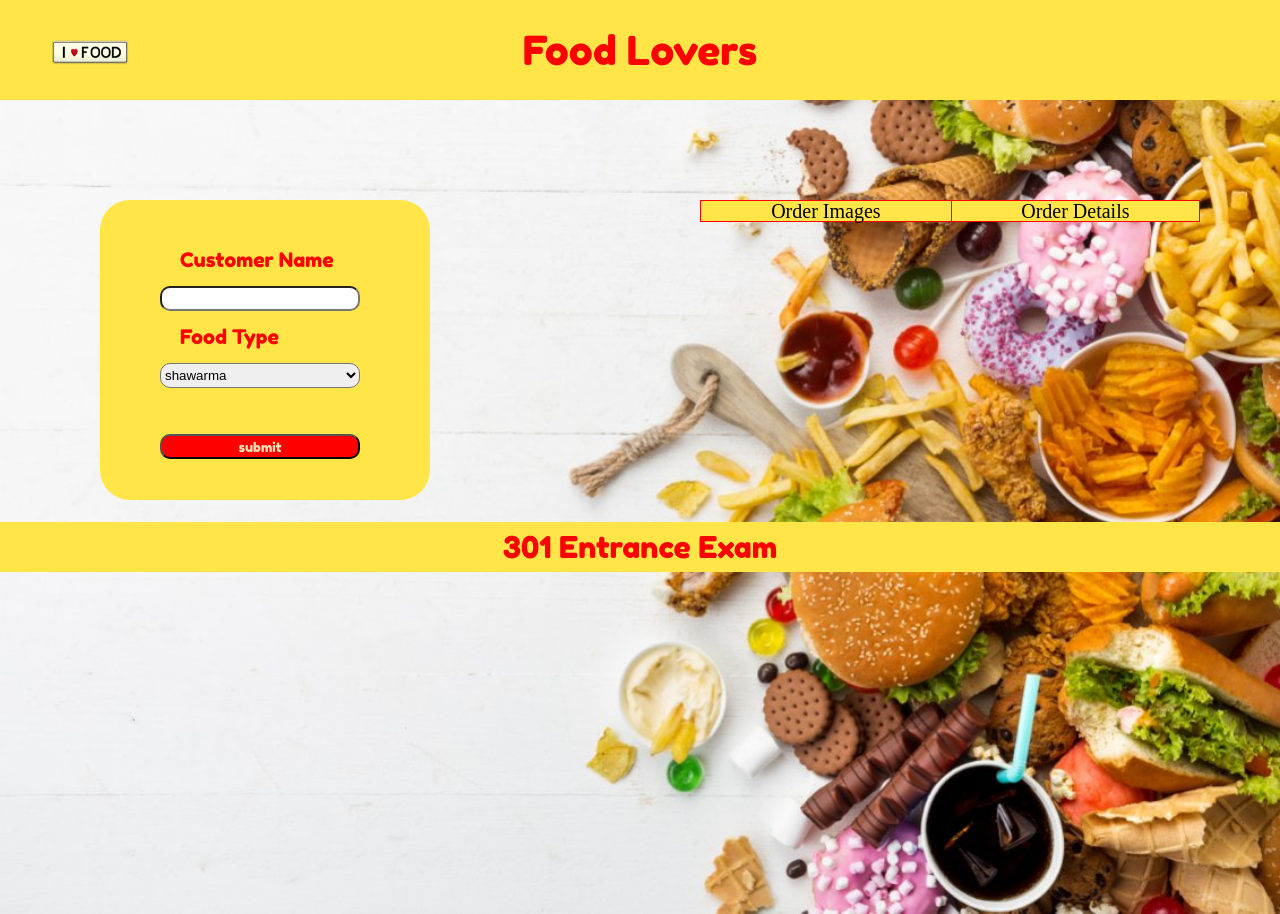
Repository: Razan-am/foodLovers
Page: index.html
These files come from the project's save history. The page is drawn as it stood at one moment and after the next save; the edit follows.
The browser window is 1280 px wide. The pictures show the whole page.

Above is the page before, as saved 2021-06-01 12:02:32.

After the next save:
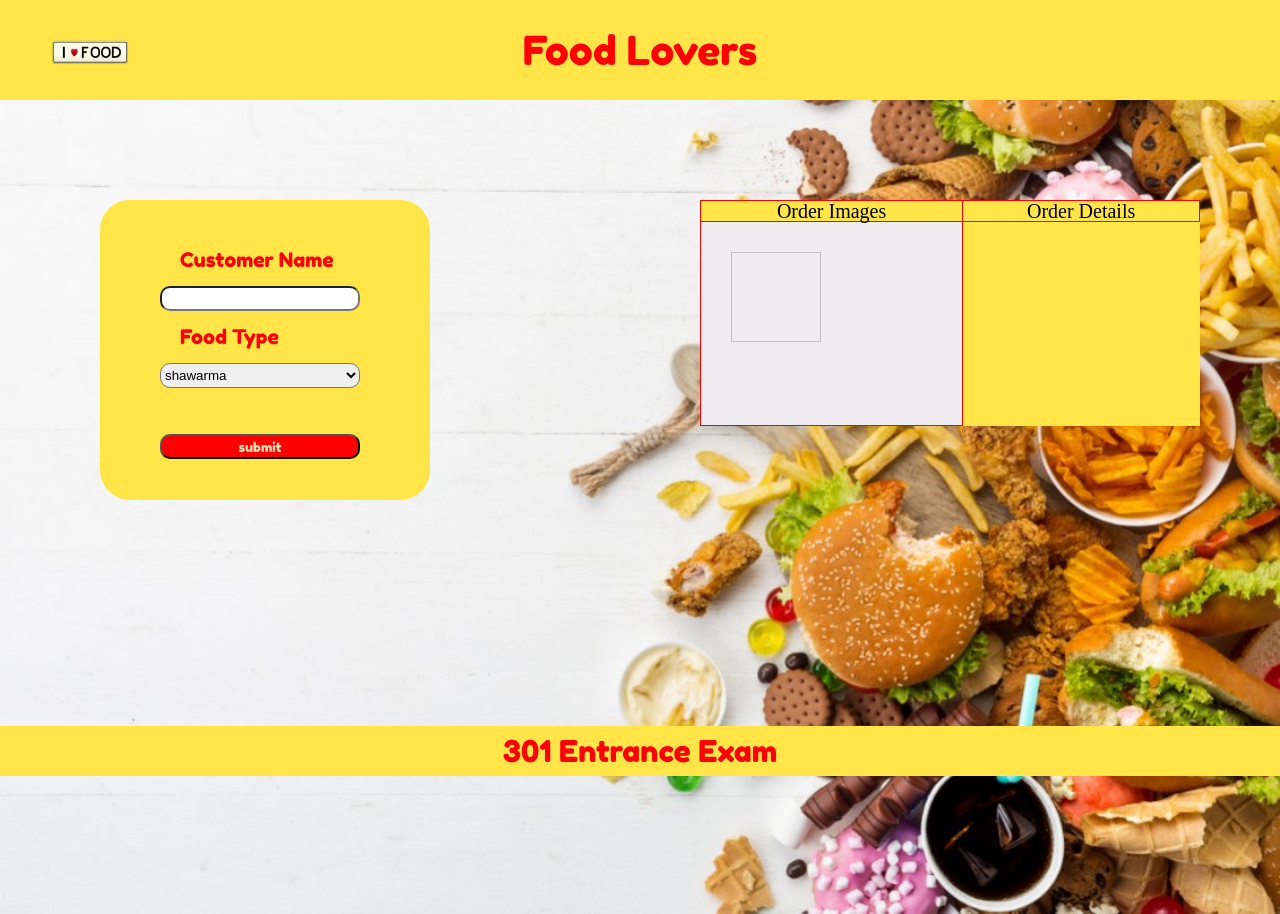
Console error: TypeError: Cannot read properties of null (reading 'img')
Saved 2 min 1 s later.
--- a/js/app.js
+++ b/js/app.js
@@ -76,6 +76,7 @@
         mainArr = normalObj;
     }
     console.log(mainArr);
+    mainArr.push(normalObj)
     render();
 }
 getting();

After the save that followed:
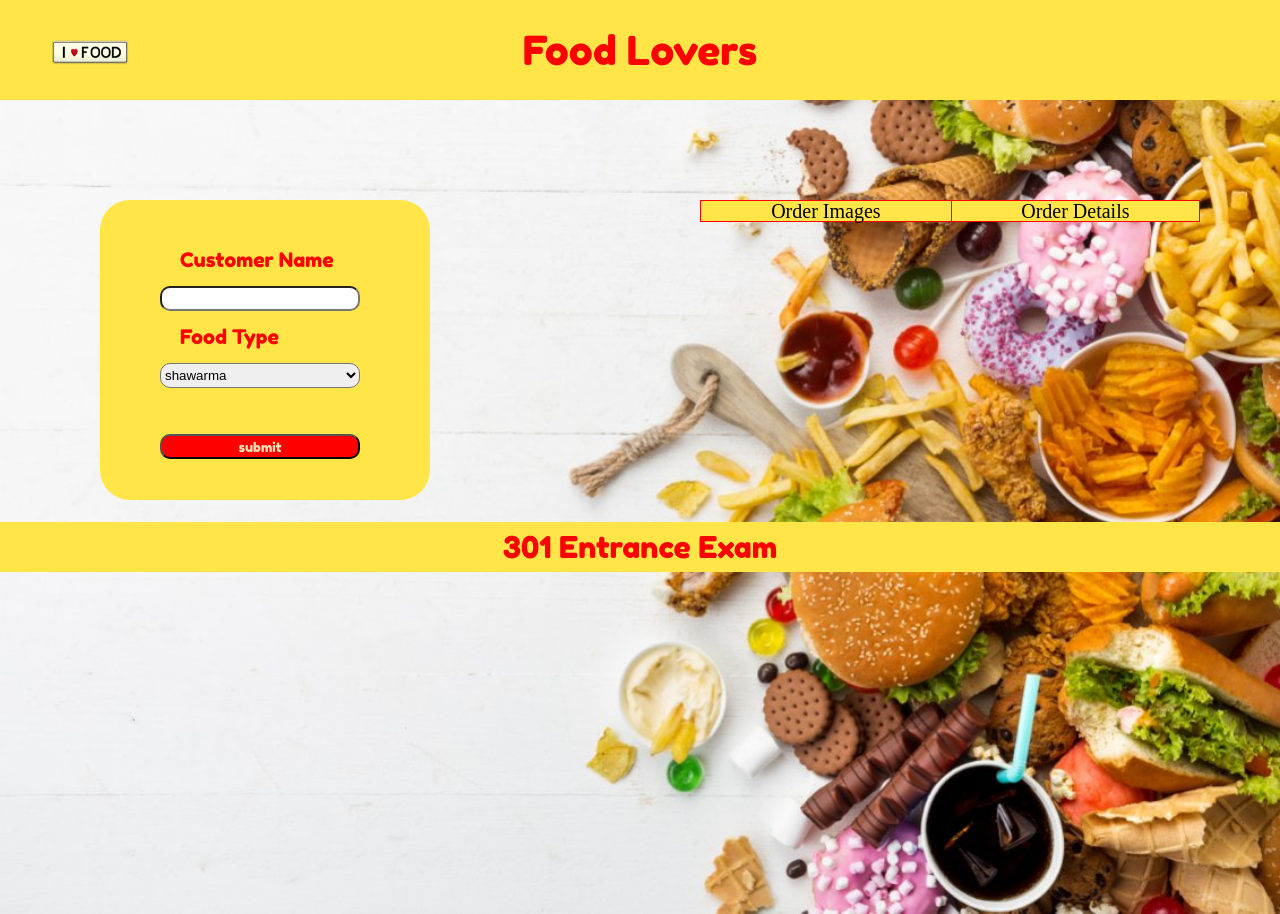
The error is gone.
Saved 23 s later.
--- a/js/app.js
+++ b/js/app.js
@@ -74,9 +74,9 @@
     console.log(normalObj);
     if(normalObj !== null){
         mainArr = normalObj;
+        mainArr.push(normalObj)
     }
     console.log(mainArr);
-    mainArr.push(normalObj)
     render();
 }
 getting();
